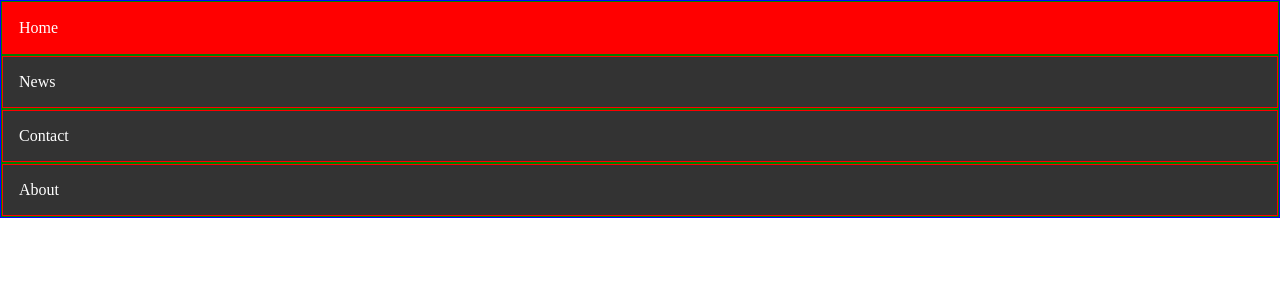
Repository: msgggg1/webPro
Page: webPro/src/main/webapp/html/days04/ex02_review.html
The author's editor kept a copy of each file at every save. The page is drawn from the files as they stood at one save, then again after the next save.
The browser window is 1280 px wide. The pictures show the whole page.
The pointer rests on the first visible `ul#main li a`.

Above is the page before, as saved 2025-04-24 14:02:31.

After the next save:
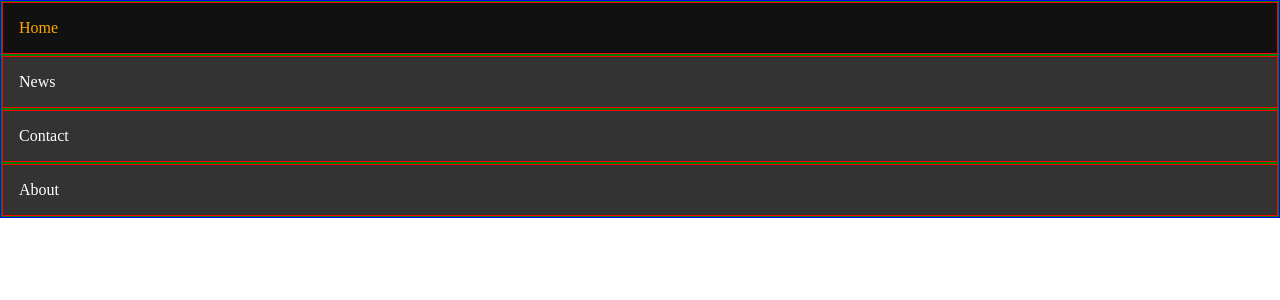
Saved 79 s later.
--- a/webPro/src/main/webapp/html/days04/ex02_review.html
+++ b/webPro/src/main/webapp/html/days04/ex02_review.html
@@ -36,6 +36,11 @@
 		background-color: red;
 	}
 
+	ul#main li a:hover{
+		color: orange;
+		background-color: #111;
+	}
+
 </style>
 </head>
 <body>
